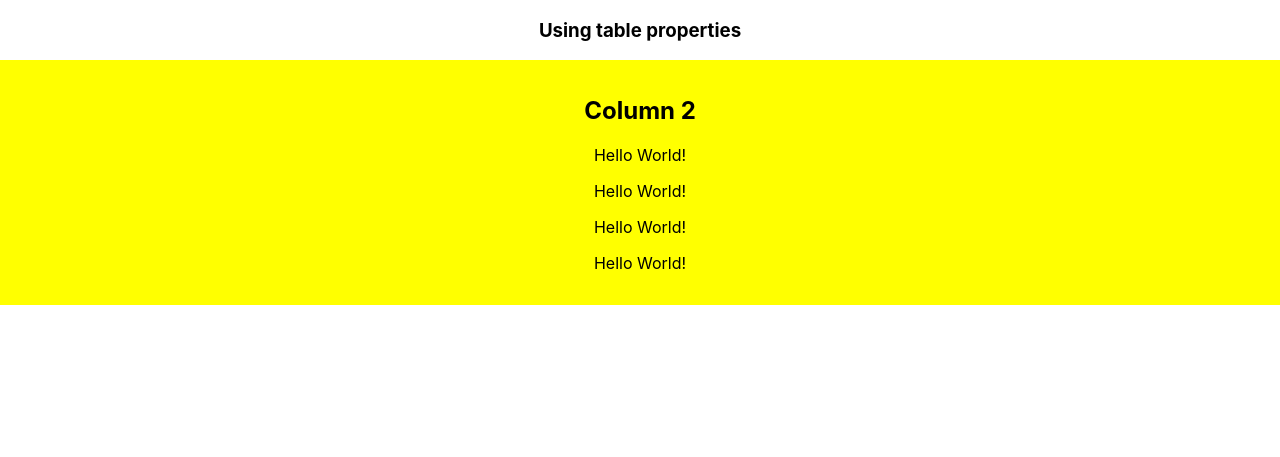
Repository: fdhhhdjd/Redux-Toolkit-CURD-Firebase
Page: /view/1
The author's editor kept a copy of each file at every save. The page is drawn from the files as they stood at one save, then again after the next save.
The browser window is 1280 px wide. The pictures show the whole page.
The project was rebuilt for these pictures with package versions that can differ from the ones it lists, and the page was loaded fresh each time. Also part of the build but not shown: src/Component/Home.js, src/Styles/AddEdit.css, src/Component/AddEdit.js.

Above is the page before, as saved 2021-10-24 21:49:06.

After the next save:
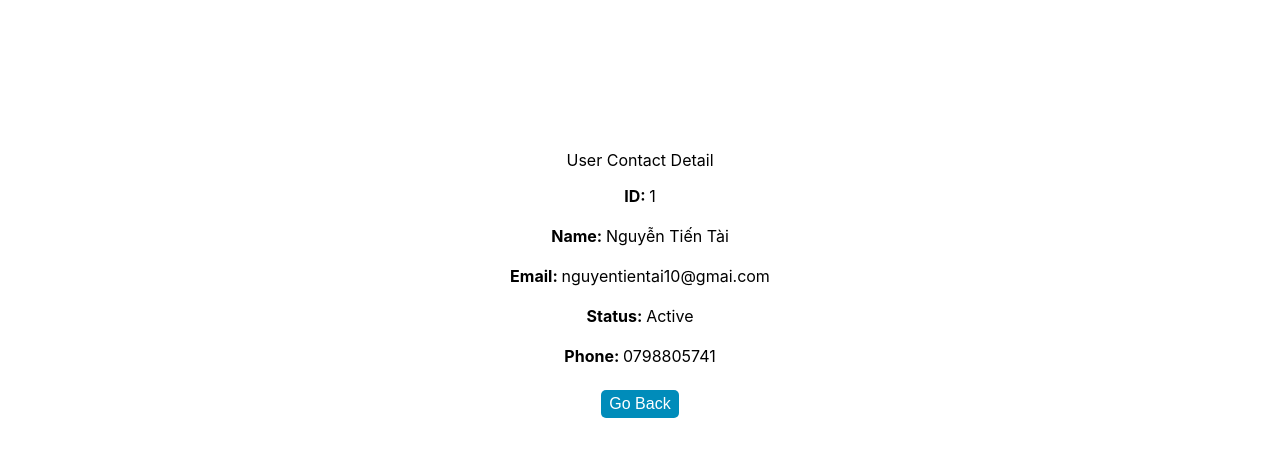
Saved 17 s later.
--- a/src/Component/View.js
+++ b/src/Component/View.js
@@ -17,14 +17,36 @@ const View = () => {
 
   return (
     <>
-      <h3> Using table properties</h3>
-      <div class="col-wrap">
-        <div class="col">
-          <h2>Column 2</h2>
-          <p>Hello World!</p>
-          <p>Hello World!</p>
-          <p>Hello World!</p>
-          <p>Hello World!</p>
+      <div style={{ marginTop: "150px" }}>
+        <div className="card">
+          <div className="card-header">
+            <p>User Contact Detail</p>
+          </div>
+          <div className="container">
+            <strong>ID: </strong>
+            <span>{id}</span>
+            <br />
+            <br />
+            <strong>Name: </strong>
+            <span>{user.name}</span>
+            <br />
+            <br />
+            <strong>Email: </strong>
+            <span>{user.email}</span>
+            <br />
+            <br />
+            <strong>Status: </strong>
+            <span>{user.status}</span>
+            <br />
+            <br />
+            <strong>Phone: </strong>
+            <span>{user.phone}</span>
+            <br />
+            <br />
+            <Link to="/">
+              <button className="btn btn-edit">Go Back</button>
+            </Link>
+          </div>
         </div>
       </div>
     </>
